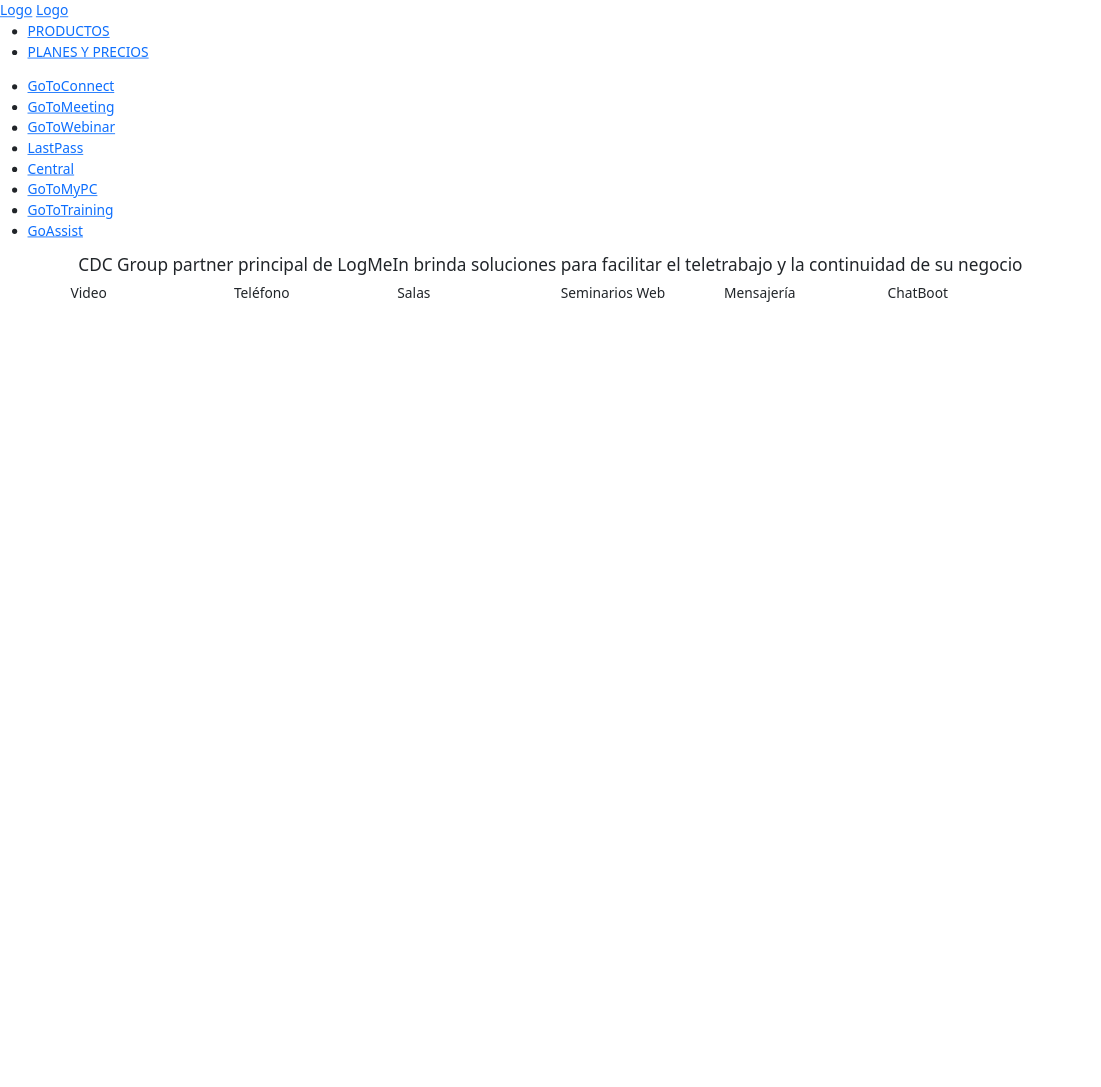
Repository: onehitwondermx/cdclogmein
Page: index.html
An editor plug-in stored every save of this project. The page is shown before and after the next save, followed by the edit.
The browser window is 1280 px wide. The pictures show the whole page, at 86% of full size.

Above is the page before, as saved 2021-06-03 18:26:52.

After the next save:
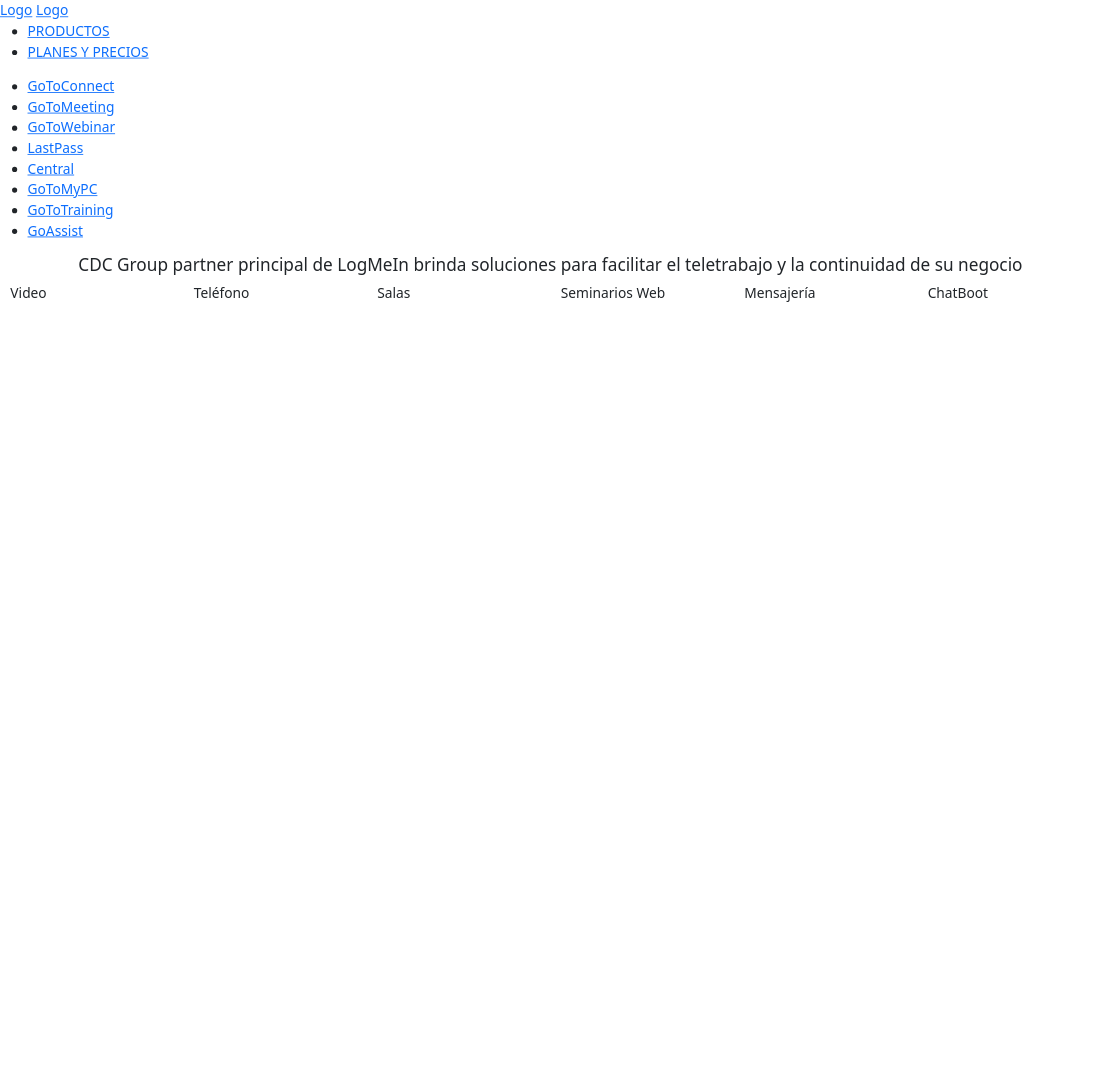
Saved 2 min 0 s later.
--- a/index.html
+++ b/index.html
@@ -7,20 +7,20 @@
     <link href="https://cdn.jsdelivr.net/npm/bootstrap@5.0.1/dist/css/bootstrap.min.css" rel="stylesheet" integrity="sha384-+0n0xVW2eSR5OomGNYDnhzAbDsOXxcvSN1TPprVMTNDbiYZCxYbOOl7+AMvyTG2x" crossorigin="anonymous">
     <title>LogMeIn - CDC Gropu</title>
   </head>
-  <body>
-    <div class="navbar-fixed">
-      <nav class="nav-extended">
-        <div class="nav-wrapper">
+<body>
+  <div class="navbar-fixed">
+    <nav class="nav-extended">
+      <div class="nav-wrapper">
         <a href="#" class="brand-logo left">Logo</a>
         <a href="#" class="brand-logo right">Logo</a>
       </div>
-        <div class="nav-content right">
-          <ul>
-            <li><a href="#">PRODUCTOS</a></li>
-            <li><a class="dropdown-trigger" href="#" data-target="dropdown1">PLANES Y PRECIOS</a></li>
-          </ul>
-        </div>
-      </nav>
+      <div class="nav-content right">
+        <ul>
+          <li><a href="#">PRODUCTOS</a></li>
+          <li><a class="dropdown-trigger" href="#" data-target="dropdown1">PLANES Y PRECIOS</a></li>
+        </ul>
+      </div>
+    </nav>
       <!-- Dropdown Structure -->
     <ul id="dropdown1" class="dropdown-content">
       <li><a href="#">GoToConnect</a></li>
@@ -32,7 +32,7 @@
       <li><a href="#">GoToTraining</a></li>
       <li><a href="#">GoAssist</a></li>
     </ul>
-    </div>
+  </div>
 
   <div class="container-fluid">
       <div class="row justify-content-md-center">
@@ -42,8 +42,6 @@
           </h5>
         </div>
       </div>
-  </div>
-  <div class="container">
     <div class="row">
       <div class="col">
         <span>Video</span>
@@ -66,6 +64,7 @@
       </div>
     </div>
   </div>
+
    <br><br><br><br><br><br><br><br><br><br><br><br><br><br><br><br><br><br><br><br><br><br><br><br><br><br><br><br><br><br><br><br><br><br><br><br><br><br>
   </body>
 </html>

After the save that followed:
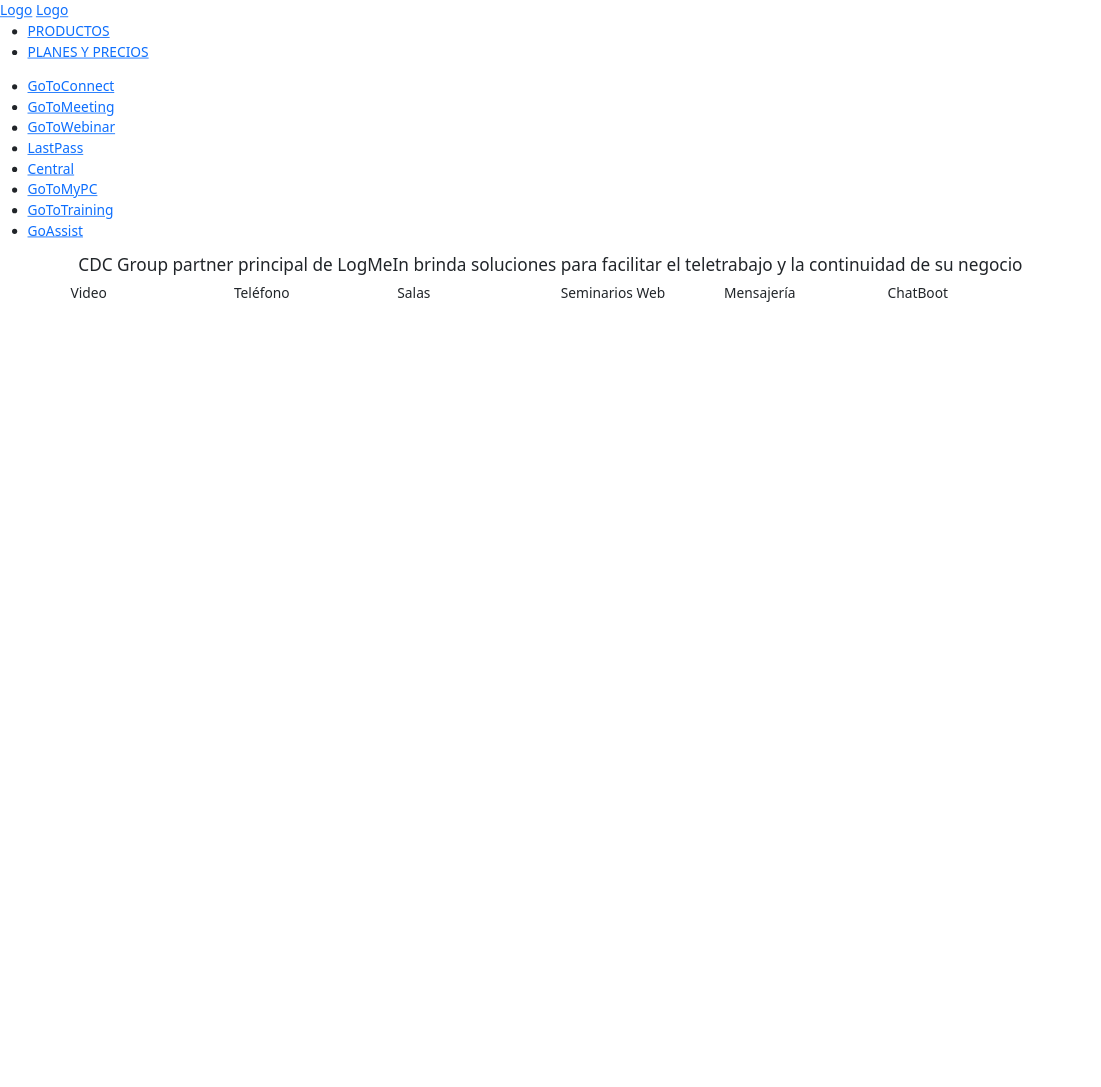
Saved 21 s later.
--- a/index.html
+++ b/index.html
@@ -32,7 +32,7 @@
       <li><a href="#">GoToTraining</a></li>
       <li><a href="#">GoAssist</a></li>
     </ul>
-  </div>
+    </div>
 
   <div class="container-fluid">
       <div class="row justify-content-md-center">
@@ -42,6 +42,8 @@
           </h5>
         </div>
       </div>
+  </div>
+  <div class="container">
     <div class="row">
       <div class="col">
         <span>Video</span>
